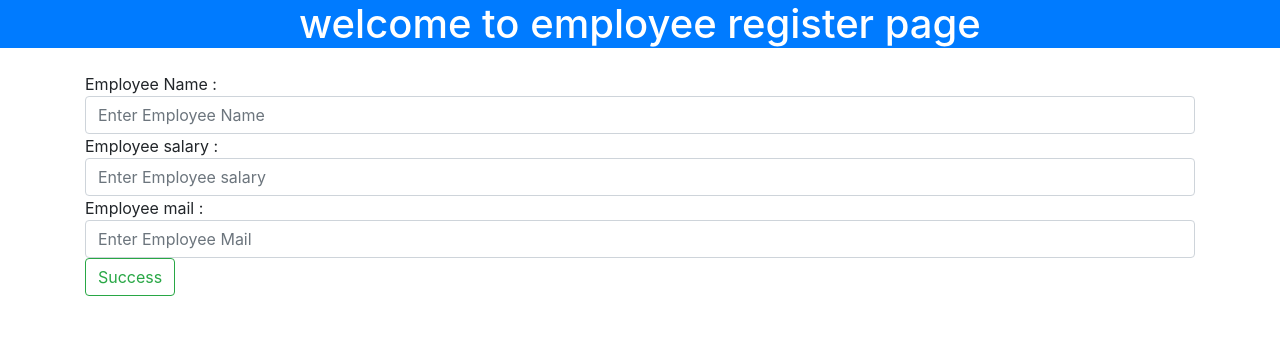
Repository: lokeshsukhwal/EmployeeMiniProject
Page: http://localhost/EmployeeEdit
An editor plug-in stored every save of this project. The page is shown before and after the next save, followed by the edit.
The browser window is 1280 px wide. The pictures show the whole page.
The page is this project's Thymeleaf template; nobody is signed in. The template is opened directly, without the code that normally fills it, so the values that code supplies are empty.

Above is the page before, as saved 2023-01-16 12:03:45.

After the next save:
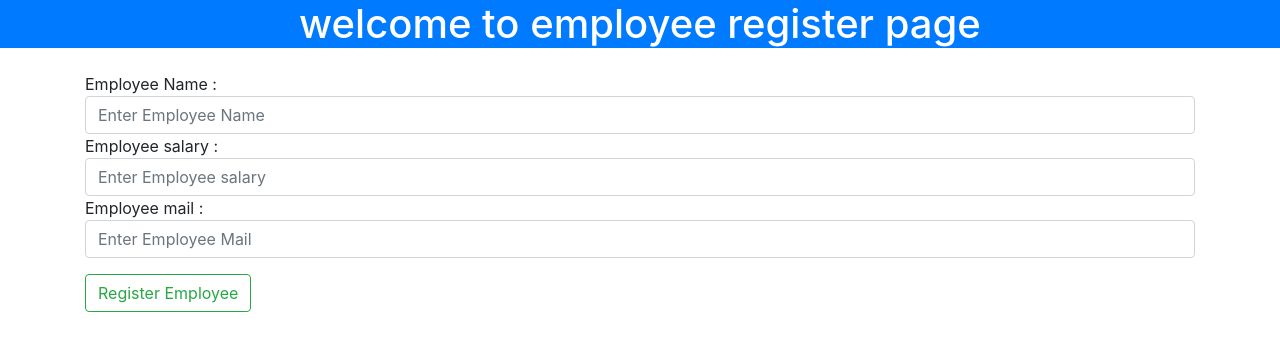
Saved 20 s later.
--- a/SpringBootMvc-ThymeleafMySqlCrudMiniProject/src/main/resources/templates/EmployeeEdit.html
+++ b/SpringBootMvc-ThymeleafMySqlCrudMiniProject/src/main/resources/templates/EmployeeEdit.html
@@ -20,7 +20,7 @@
 			Employee mail : <input type="email" name="empMail"
 				class="form-control" placeholder="Enter Employee Mail">
 
-		<button type="button" class="btn btn-outline-success">Success</button>
+		<button type="button" class="btn btn-outline-success mt-3">Register Employee</button>
 
 		</form>
 	</div>
